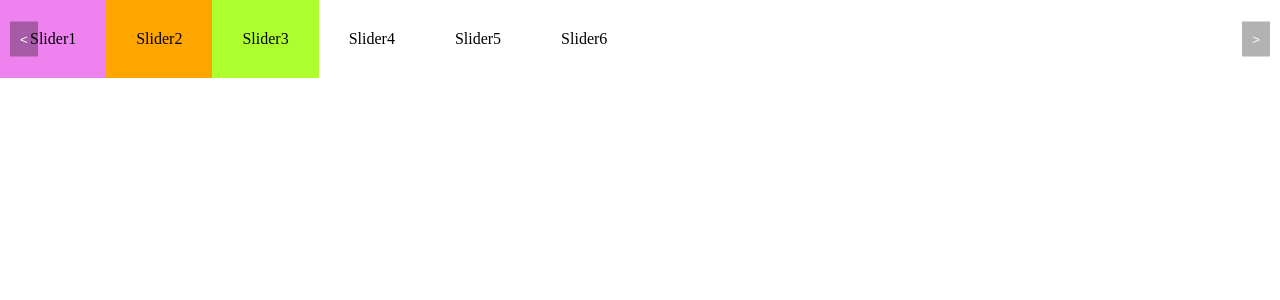
Repository: hoangan3526/Slideslip
Page: slidezy.html
The author's editor kept a copy of each file at every save. The page is drawn from the files as they stood at one save, then again after the next save.
The browser window is 1280 px wide. The pictures show the whole page.

Above is the page before, as saved 2026-05-15 12:04:32.

After the next save:
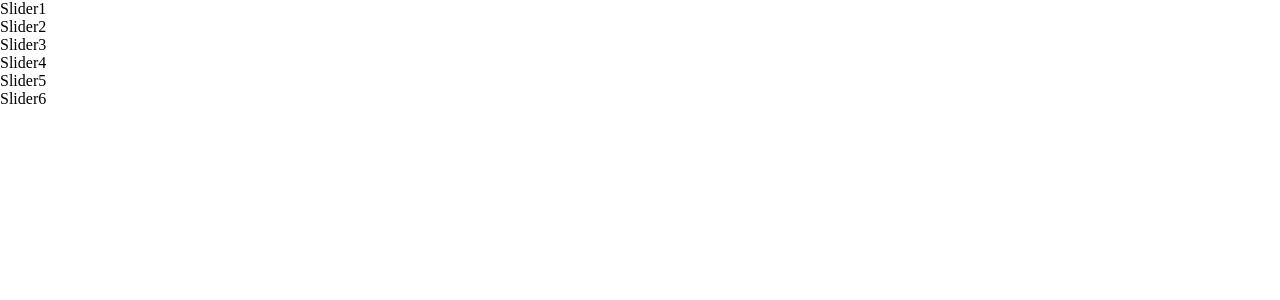
Console error: ReferenceError: items is not defined
Saved 48 s later.
--- a/src/slidezy.js
+++ b/src/slidezy.js
@@ -10,7 +10,7 @@
   this.currentIndex = 0;
   this.opt = Object.assign(
     {
-      items: 3,
+      items,
       loop: false,
     },
     options,

After the save that followed:
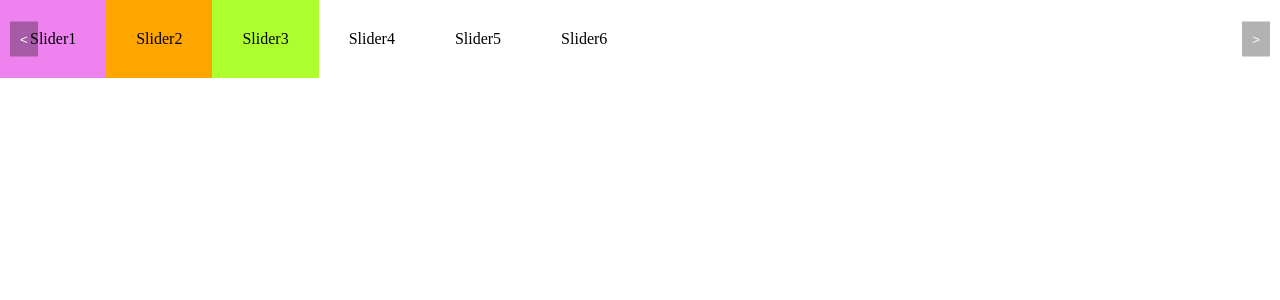
The error is gone.
Saved 38 s later.
--- a/src/slidezy.js
+++ b/src/slidezy.js
@@ -10,7 +10,7 @@
   this.currentIndex = 0;
   this.opt = Object.assign(
     {
-      items,
+      items: 1,
       loop: false,
     },
     options,
